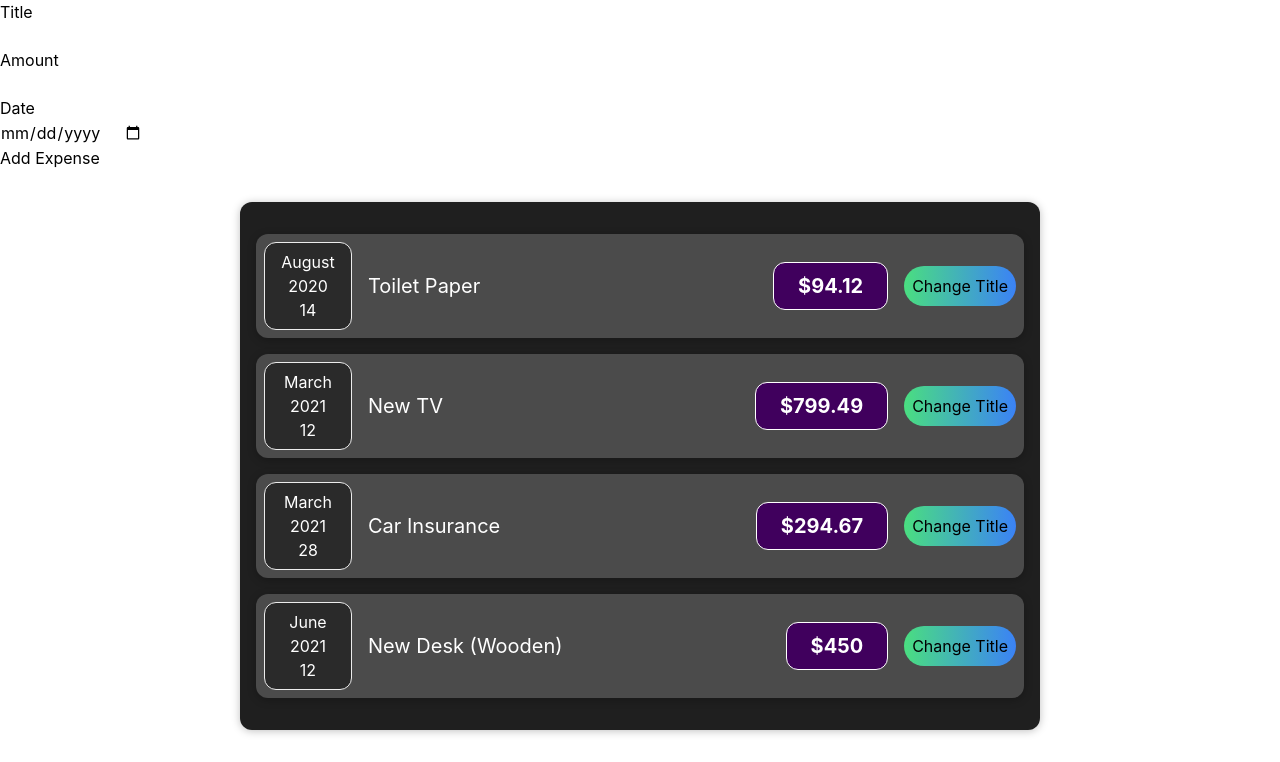
Repository: Sef24/expense-tracker
Page: /
An editor plug-in stored every save of this project. The page is shown before and after the next save, followed by the edit.
The browser window is 1280 px wide. The pictures show the whole page.
The project was rebuilt for these pictures with package versions that can differ from the ones it lists, and the page was loaded fresh each time. Also part of the build but not shown: src/components/NewExpense/NewExpense.css, src/components/NewExpense/ExpenseForm.css.

Above is the page before, as saved 2022-04-25 19:56:14.

After the next save:
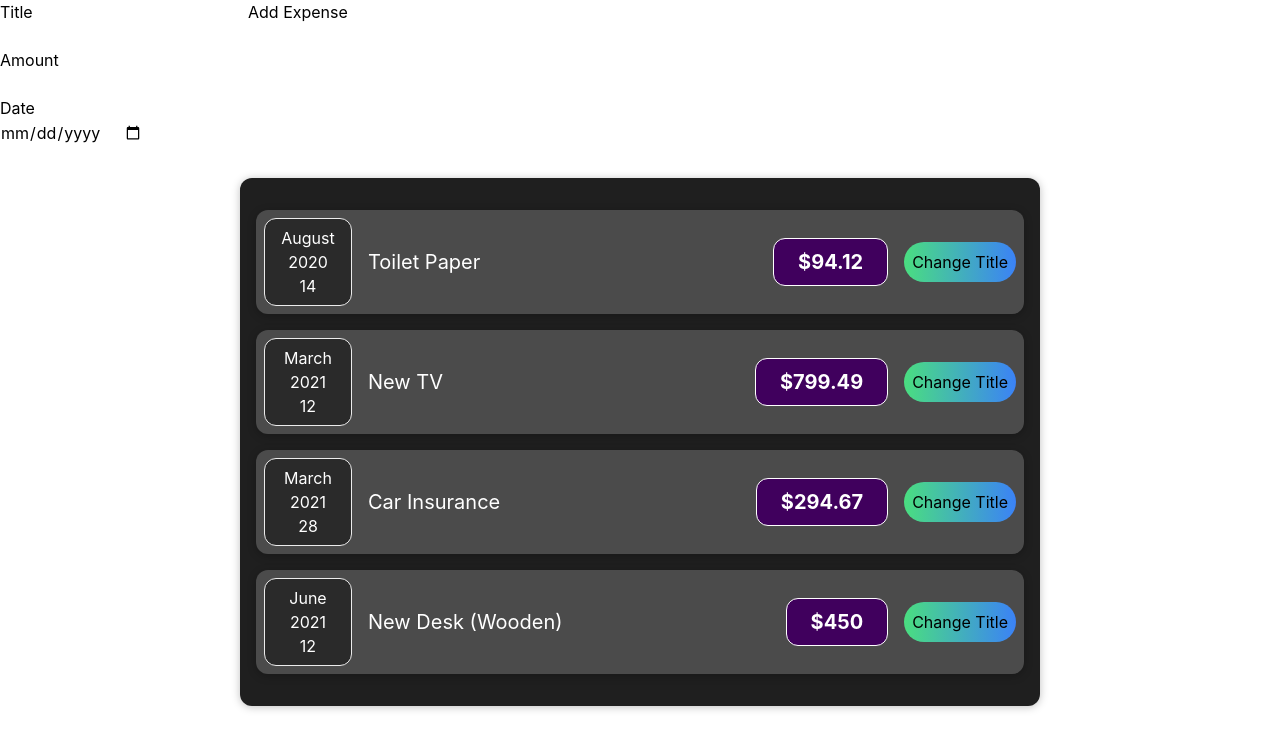
Saved 28 s later.
--- a/src/components/NewExpense/ExpenseForm.js
+++ b/src/components/NewExpense/ExpenseForm.js
@@ -3,7 +3,7 @@ import "./ExpenseForm.css";
 
 function ExpenseForm() {
   return (
-    <form>
+    <form className="flex">
       <div>
         <div>Title</div>
         <input type="text" />

After the save that followed:
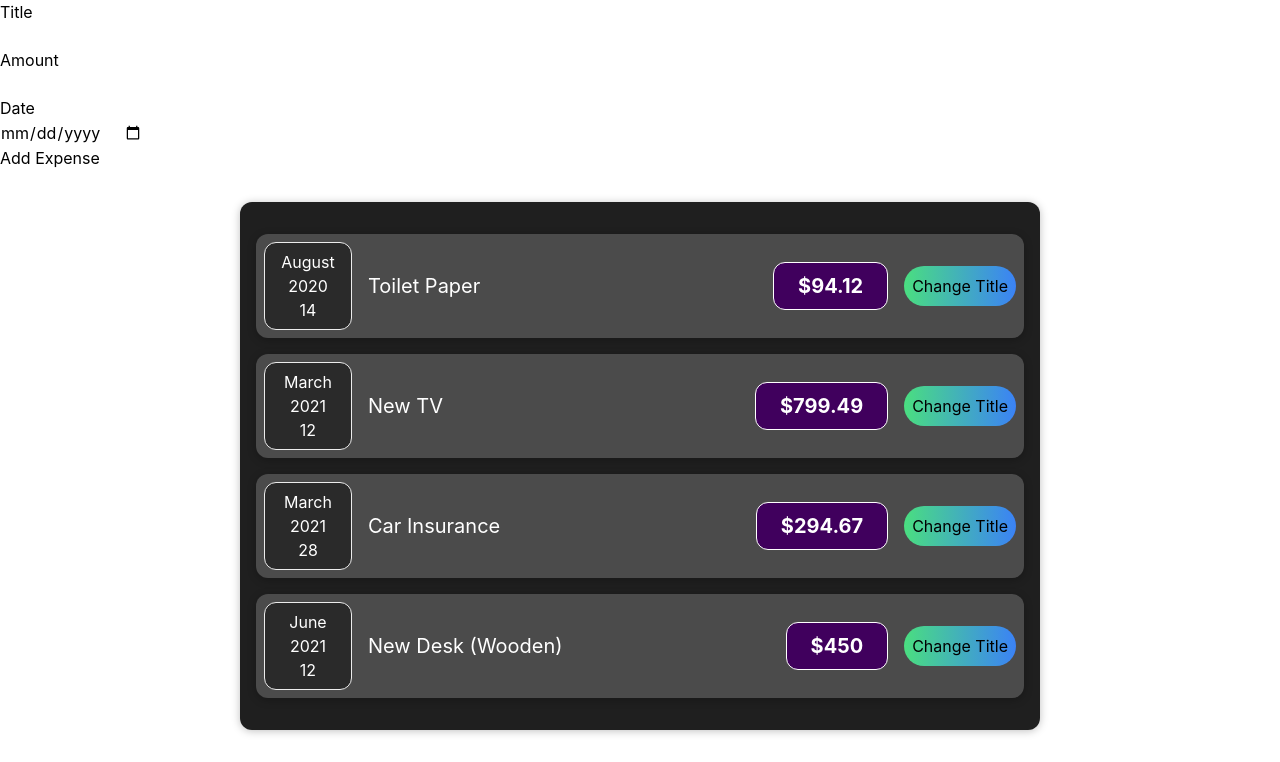
Saved 18 s later.
--- a/src/components/NewExpense/ExpenseForm.js
+++ b/src/components/NewExpense/ExpenseForm.js
@@ -3,7 +3,7 @@ import "./ExpenseForm.css";
 
 function ExpenseForm() {
   return (
-    <form className="flex">
+    <form className="">
       <div>
         <div>Title</div>
         <input type="text" />
